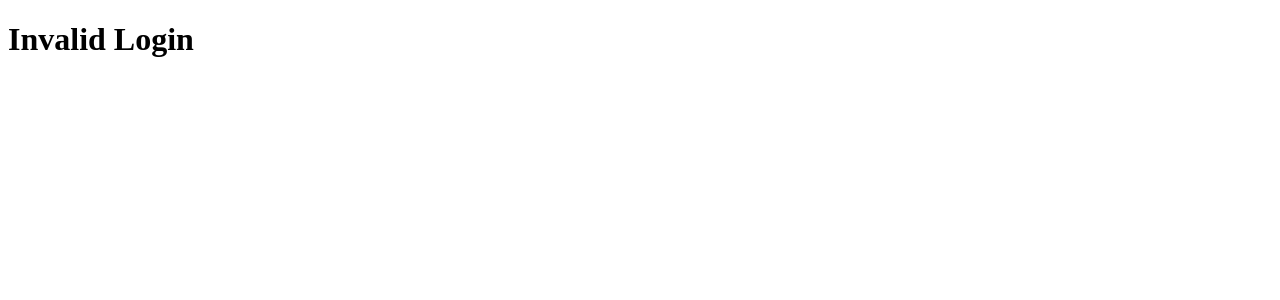
Repository: jatinragh42/Project_3_module
Page: http://localhost/p3/InvalidLogin.jsp
The author's editor kept a copy of each file at every save. The page is drawn from the files as they stood at one save, then again after the next save.
The browser window is 1280 px wide. The pictures show the whole page.
The page is served by Tomcat 9.

Above is the page before, as saved 2023-11-28 13:37:09.

After the next save:
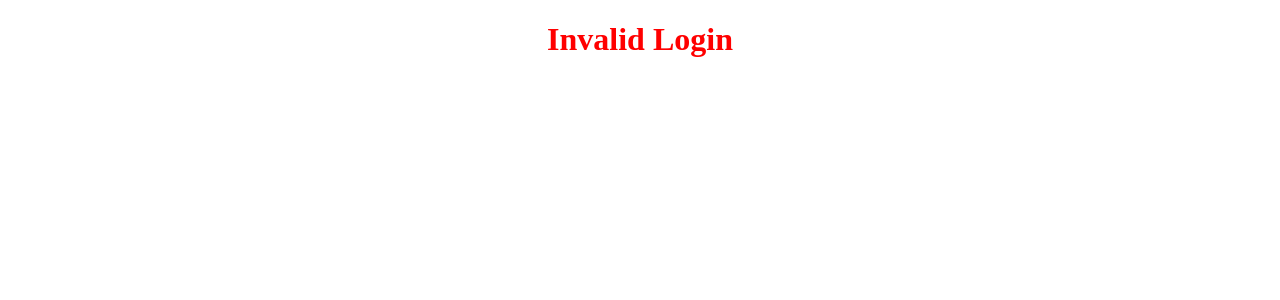
Saved 2 min 1 s later.
--- a/Project_3_module_practice/p3/src/main/webapp/InvalidLogin.jsp
+++ b/Project_3_module_practice/p3/src/main/webapp/InvalidLogin.jsp
@@ -8,7 +8,7 @@
 </head>
 <body>
 
-<h1>Invalid Login</h1>
+<h1 align="center" style="color: red"  >Invalid Login</h1>
 
 </body>
 </html>
